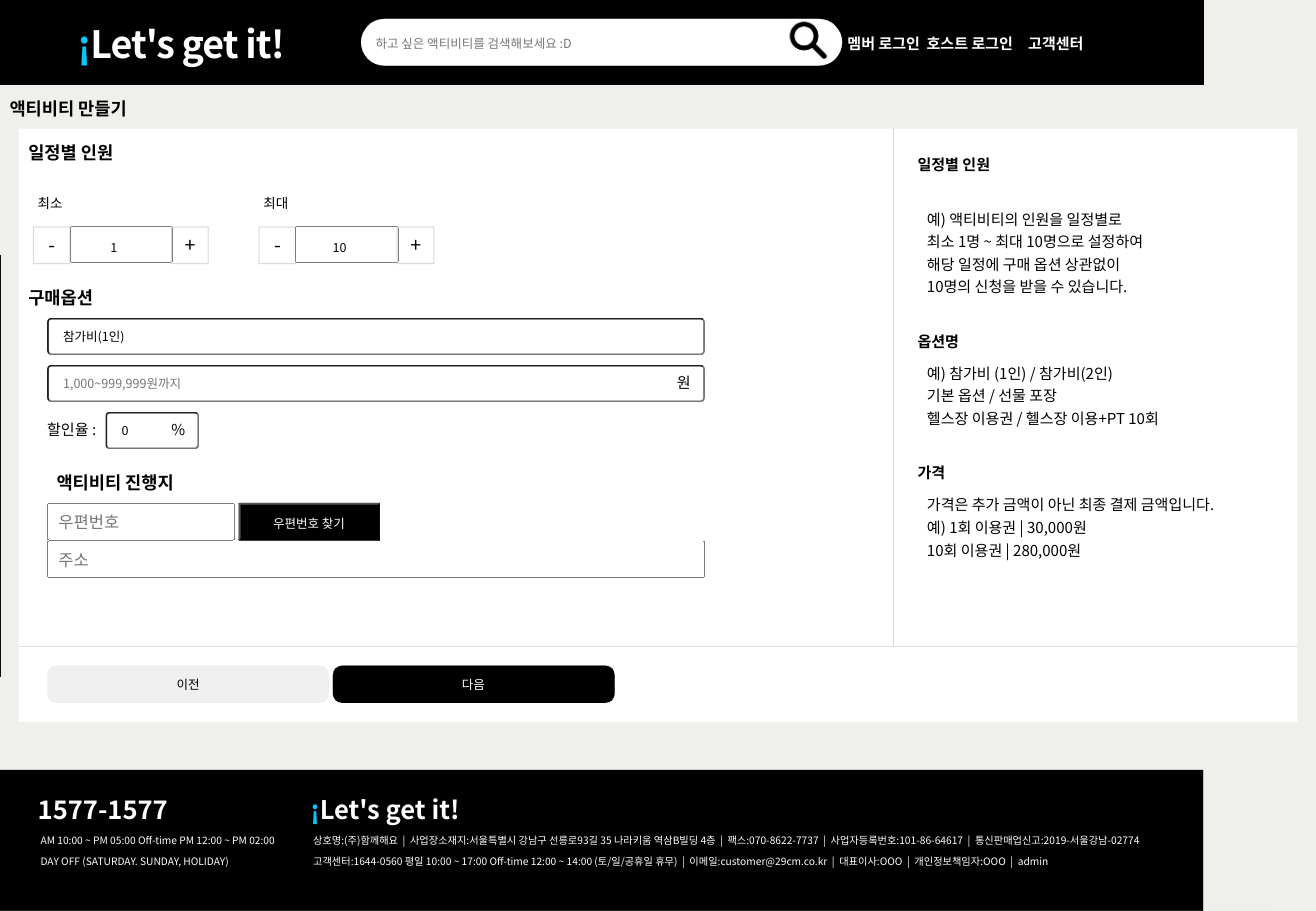
Repository: KiHyo-Tak/2stTeam
Page: http://localhost/2nd_Project_LetsGetIt/WEB-INF/views/activity/memberCntForm.jsp
The author's editor kept a copy of each file at every save. The page is drawn from the files as they stood at one save, then again after the next save.
The browser window is 1280 px wide. The page is 1400 px wide, so the pictures cover 1400 px, including what lies to the right of the window. The pictures show the whole page, at 94% of full size.
Some web fonts or font styles are not loaded; a fallback is used. The page is served by Tomcat 9. Nobody is signed in. The template is opened directly, without the code that normally fills it, so the values that code supplies are empty.

Above is the page before, as saved 2020-04-29 06:13:02.

After the next save:
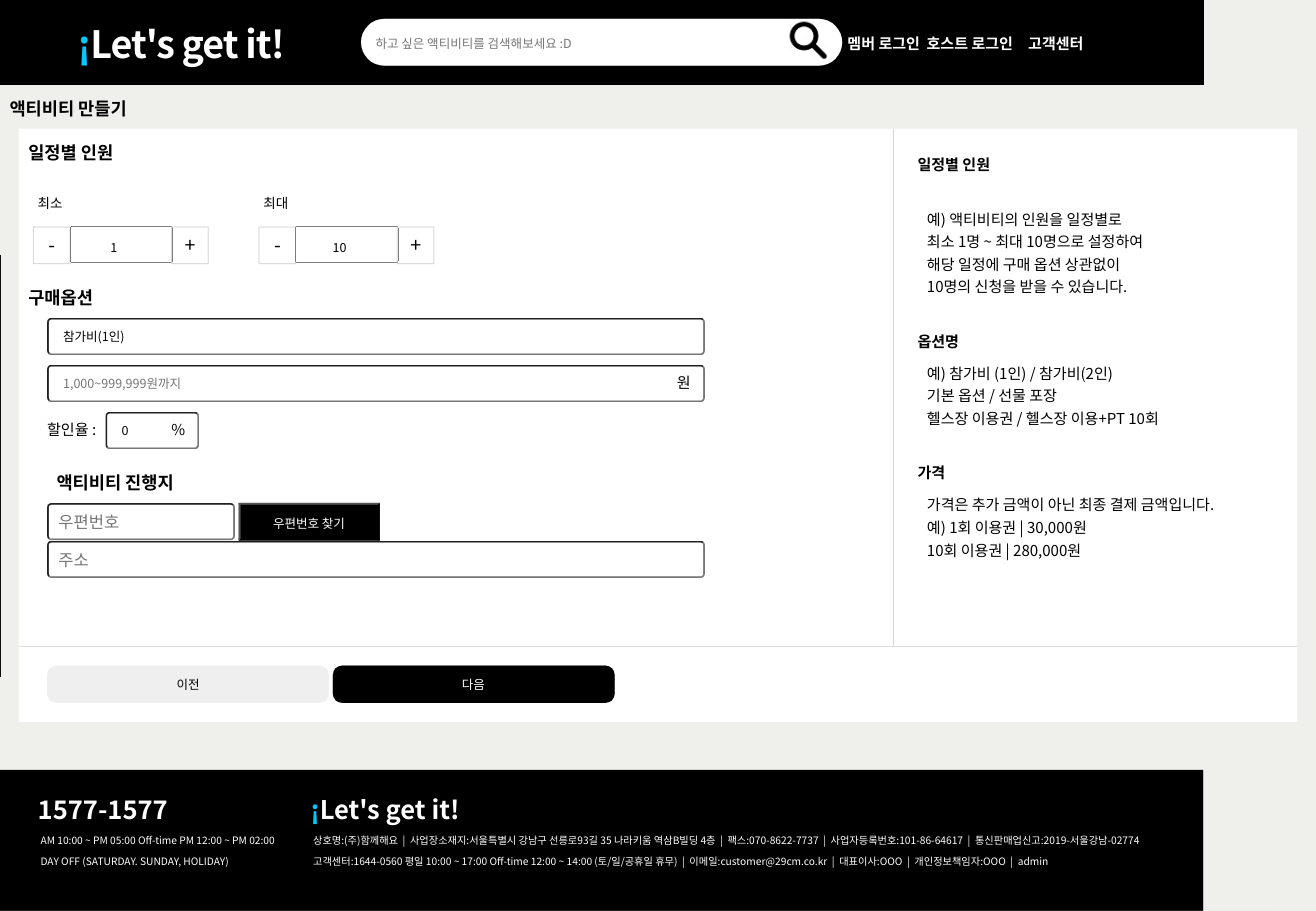
Saved 27 s later.
--- a/2nd_Project_LetsGetIt/src/main/webapp/css/memberCntForm.css
+++ b/2nd_Project_LetsGetIt/src/main/webapp/css/memberCntForm.css
@@ -77,6 +77,7 @@ body {
 		line-height:40px;
 		font-size:1.1em;
 		padding-left:10px;
+		border-radius:5px;
 	}
 	#memberCnt #left #address #sample6_address {
 		width:700px;
@@ -84,6 +85,7 @@ body {
 		line-height:40px;
 		font-size:1.1em;
 		padding-left:10px;
+		border-radius:5px;
 	}
 	#memberCnt #left #address input[type=button] {
 		width:150px;
